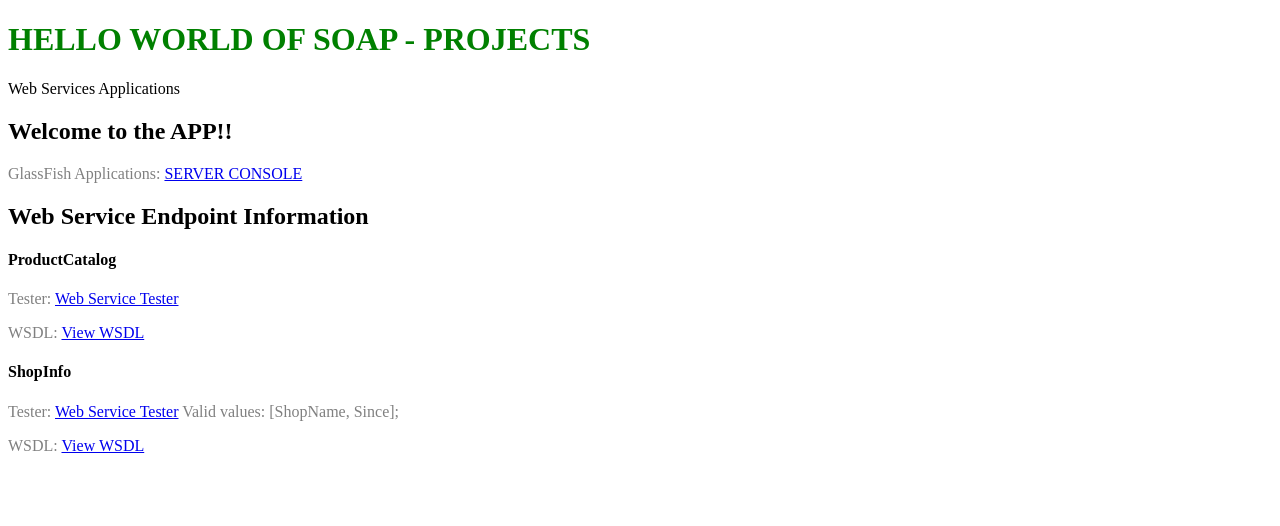
Repository: atafs/BackEnd_JAX-JAX-WS_SOAP
Page: http://localhost/Project_004_SOAP_server_TypesAndBinding/
These files come from the project's save history. The page is drawn as it stood at one moment and after the next save; the edit follows.
The browser window is 1280 px wide. The pictures show the whole page.
The page is served by Tomcat 9.

Above is the page before, as saved 2016-01-26 16:34:59.

After the next save:
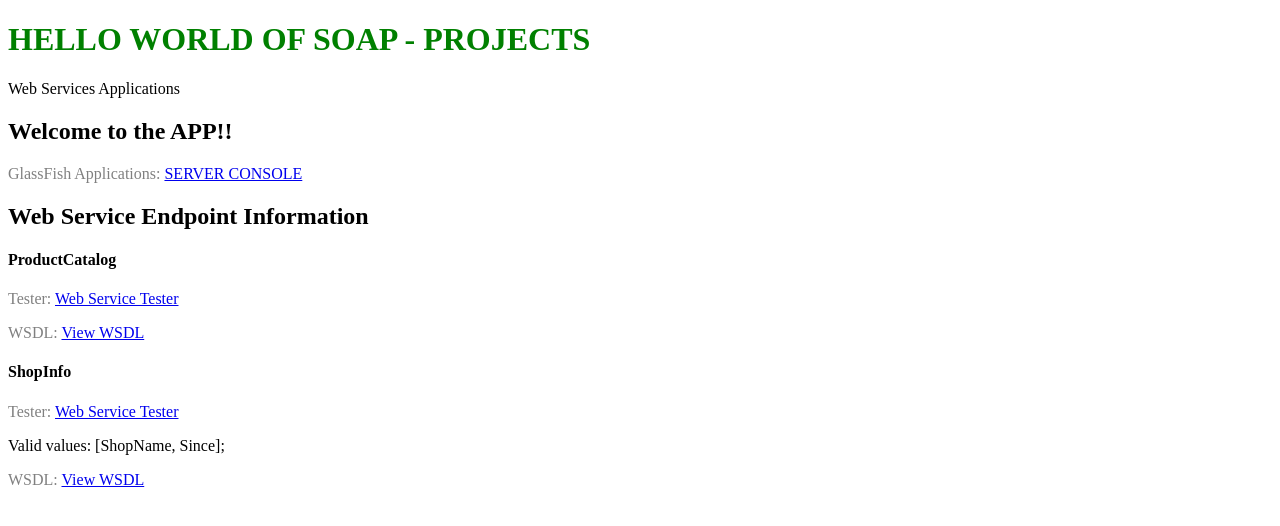
Saved 43 s later.
--- a/Project_004_SOAP_server_TypesAndBinding/WebContent/index.jsp
+++ b/Project_004_SOAP_server_TypesAndBinding/WebContent/index.jsp
@@ -25,7 +25,7 @@
 
 	<h4>ShopInfo</h4>
 	<p style="color:gray;">Tester: <a href="http://atafs:9090/Project_004_SOAP_server_TypesAndBinding/ShopInfoService?Tester">Web Service Tester</a>
-		Valid values: [ShopName, Since];
+		<p>Valid values: [ShopName, Since];</p>
 	</p>
 	<p style="color:gray;">WSDL: <a href="http://atafs:9090/Project_004_SOAP_server_TypesAndBinding/ShopInfoService?wsdl">View WSDL</a></p>
 
